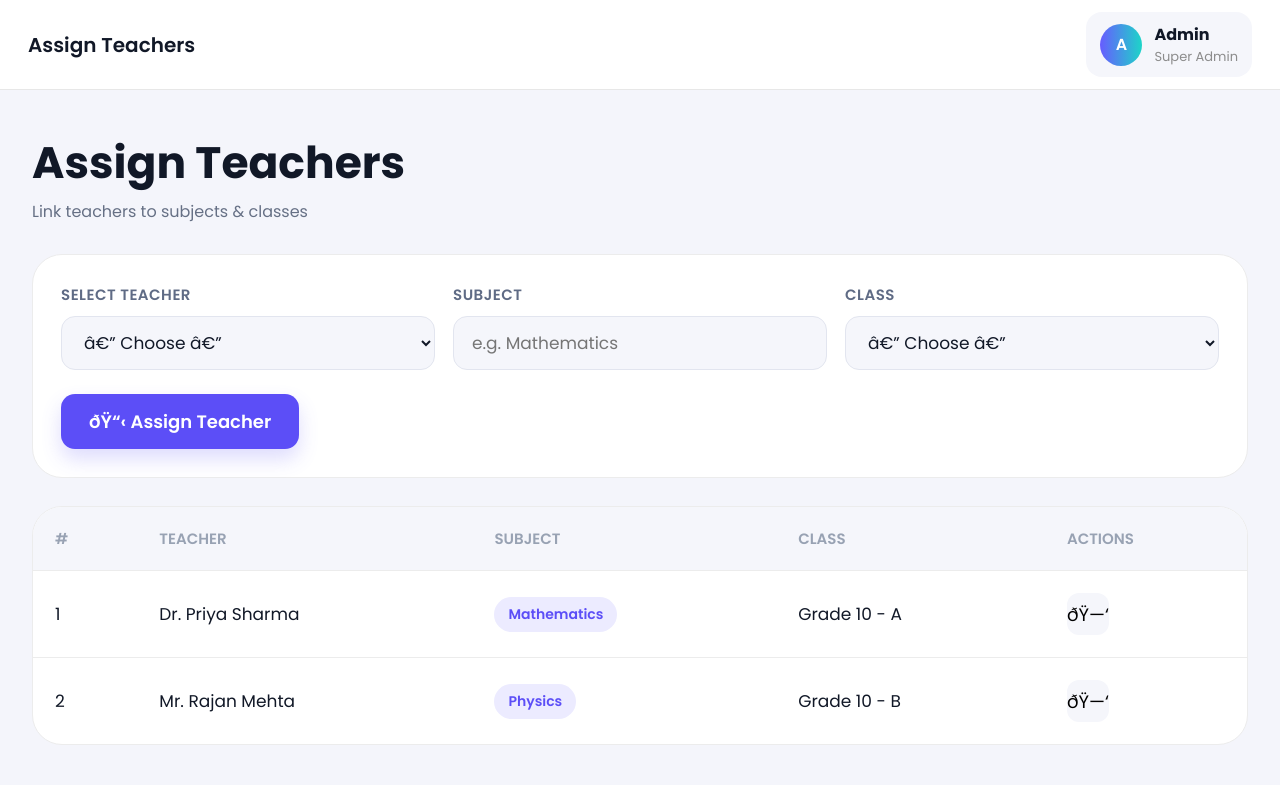
Repository: rohit-rk-07/school_management_system
Page: http://localhost/School_Management_System/admin/assign_teacher/assignTeacher.jsp
These files come from the project's save history. The page is drawn as it stood at one moment and after the next save; the edit follows.
The browser window is 1280 px wide. The pictures show the whole page.
The page is served by Tomcat 10.

Above is the page before, as saved 2026-05-20 07:35:24.

After the next save:
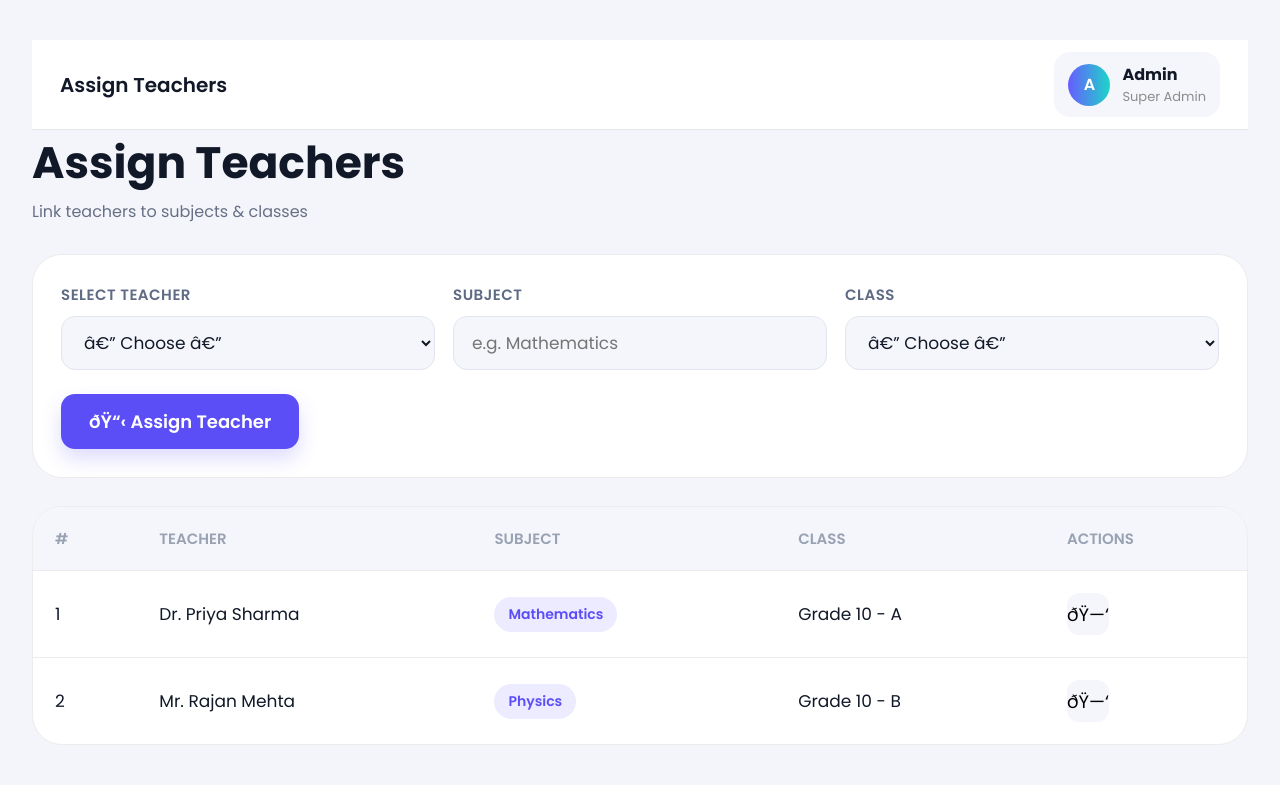
Saved 17 s later.
--- a/School_Management_System/src/main/webapp/admin/assign_teacher/assignTeacher.jsp
+++ b/School_Management_System/src/main/webapp/admin/assign_teacher/assignTeacher.jsp
@@ -264,7 +264,15 @@
          TOPBAR
     ========================== -->
 
-    <div class="assignTeacherTopbar">
+
+
+    <!-- =========================
+         PAGE CONTENT
+    ========================== -->
+
+    <div class="assignTeacherPageContainer">
+
+<div class="assignTeacherTopbar">
 
         <h2 class="assignTeacherTopbarTitle">
             Assign Teachers
@@ -289,12 +297,6 @@
         </div>
 
     </div>
-
-    <!-- =========================
-         PAGE CONTENT
-    ========================== -->
-
-    <div class="assignTeacherPageContainer">
 
         <!-- TITLE -->
 
